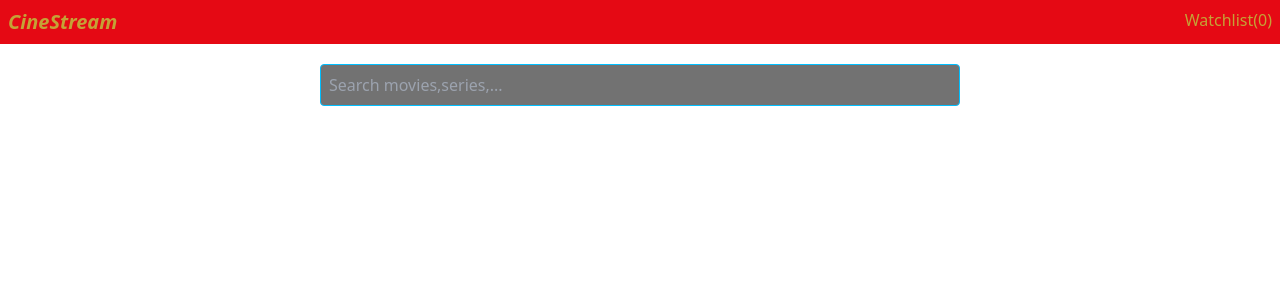
Repository: Reshmashameem31/Cine-Stream
Page: / (app in movie-project/)
These files come from the project's save history. The page is drawn as it stood at one moment and after the next save; the edit follows.
The browser window is 1280 px wide. The pictures show the whole page.
The project was rebuilt for these pictures with package versions that can differ from the ones it lists, and the page was loaded fresh each time. Also part of the build but not shown: movie-project/vite.config.js, movie-project/src/pages/WatchList.jsx.

Above is the page before, as saved 2025-08-15 17:54:24.

### movie-project/src/App.jsx
import {BrowserRouter,Routes,Route} from 'react-router-dom'

import { useState } from 'react'
import Navbar from './pages/Navbar'
import Watchlist from './pages/WatchList'
import Home from './pages/Home'
function App() {
  const [count, setCount] = useState(0)

  return (

    <BrowserRouter>

    <Navbar/>
    <Routes>
      <Route path='/' element={<Home/>}></Route>
        <Route path='/watchlist' element={<Watchlist/>}></Route>
    </Routes>
    </BrowserRouter>
  )
}

export default App

### movie-project/src/pages/Navbar.jsx
import React from 'react'
import { Link } from 'react-router-dom'

const Navbar = () => {
  return (
    <nav className='p-2 bg-[#E50914] text-[#C5A236]  flex justify-between fixed w-full top-0'>
      <Link to="/" className='font-bold text-xl hover:text-[#B88608] italic '>CineStream</Link>
      <Link to="/watchlist" className='text-l hover:text-[#B88608]'>Watchlist(0)</Link>
    </nav>
  )
}

export default Navbar

### movie-project/src/pages/Home.jsx
import React from 'react'

const Home = () => {
  return (
    <div className='p-4 pt-16 '>
        <input type='text' placeholder='Search movies,series,...'
         className='p-2 w-3/4 md:w-1/2 border rounded border-[#00BFFF]
          bg-[#141414] bg-opacity-60 backdrop-blur-md text-white fixed  left-1/4  top-16' />
        <div className='movies-container'></div>
        <div className='pagination-container'></div>

    </div>
  )
}

export default Home

Loaded but not shown: movie-project/index.html (common file); movie-project/src/main.jsx (common file); movie-project/src/index.css (common file); movie-project/tailwind.config.js (common file)

After the next save:
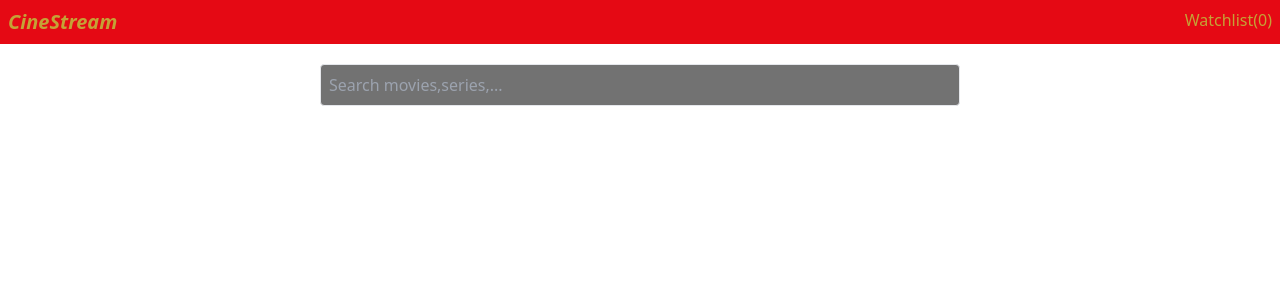
Saved 47 s later.
--- a/movie-project/src/pages/Home.jsx
+++ b/movie-project/src/pages/Home.jsx
@@ -4,7 +4,7 @@ const Home = () => {
   return (
     <div className='p-4 pt-16 '>
         <input type='text' placeholder='Search movies,series,...'
-         className='p-2 w-3/4 md:w-1/2 border rounded border-[#00BFFF]
+         className='p-2 w-3/4 md:w-1/2 border rounded border-[#0]
           bg-[#141414] bg-opacity-60 backdrop-blur-md text-white fixed  left-1/4  top-16' />
         <div className='movies-container'></div>
         <div className='pagination-container'></div>
